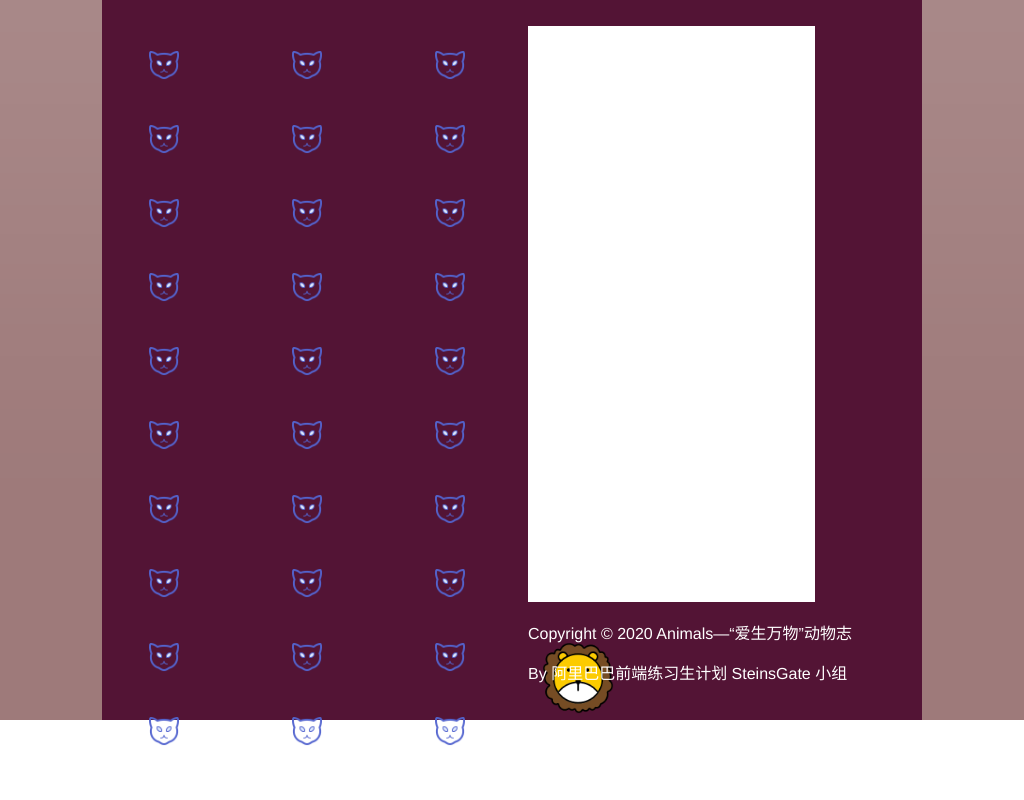
Repository: Whiskeyi/Animals
Page: /
The author's editor kept a copy of each file at every save. The page is drawn from the files as they stood at one save, then again after the next save.
The browser window is 1024 px wide. The pictures show the whole page.
The project was rebuilt for these pictures with package versions that can differ from the ones it lists, and the page was loaded fresh each time.

Above is the page before, as saved 2021-11-15 22:42:40.

### public/index.html
<!DOCTYPE html>
<html lang="en">
  <head>
    <meta charset="utf-8">
    <meta http-equiv="X-UA-Compatible" content="IE=edge">
    <meta name="viewport" content="width=device-width,initial-scale=1.0">
    <link rel="icon" href="<%= BASE_URL %>favicon.ico">
    <title>Animals</title>
  </head>
  <body>
    <noscript>
      <strong>We're sorry but animals doesn't work properly without JavaScript enabled. Please enable it to continue.</strong>
    </noscript>
    <div id="app"></div>
    <!-- built files will be auto injected -->
  </body>
</html>

### src/main.js
import Vue from 'vue'
import App from './App.vue'
import router from './router'
import store from './store'
import './plugins/element.js' // 引入element-ui

Vue.config.productionTip = false

new Vue({
  router,
  store,
  render: h => h(App)
}).$mount('#app')

### src/App.vue
<template>
  <div id="app">
    <!-- 入口 -->
    <router-view/>
  </div>
</template>

<style lang="scss">
#app {
  font-family: 'Avenir', Helvetica, Arial, sans-serif;
  -webkit-font-smoothing: antialiased;
  -moz-osx-font-smoothing: grayscale;
}

html, body {  // 去除白边
    width: 100%;
    height: 100%;
    margin: 0;
    padding: 0;
    position: relative;
}
</style>

### src/router.js
// 路由
import Vue from 'vue'
import Router from 'vue-router'
import Home from './views/Home.vue'

Vue.use(Router)

export default new Router({
  mode: 'history',
  base: process.env.BASE_URL,
  routes: [
    {
      path: '/',
      name: 'home',
      component: Home
    }
  ]
})

### src/plugins/element.js
// 引入element-ui
import Vue from 'vue'

import ElementUI from 'element-ui';
import 'element-ui/lib/theme-chalk/index.css';

Vue.use(ElementUI);

### src/views/Home.vue
<template>
  <div id="home">
    <!-- 背景+光泽效果 -->
    <div class="bg">
      <Gloss></Gloss>
    </div>
    <!-- 页面容器 -->
    <div class="container">
      <!-- 左侧展示模块 -->
      <div id="leftContainer">
        <LeftMain></LeftMain>
      </div>
      <!-- 右侧展示模块 -->
      <div id="rightContainer">
        <!-- 输出信息 -->
          <Info></Info>
          <!-- 右侧标题 -->
          <RightHead></RightHead>
          <!-- 尾部 -->
          <Footer></Footer>
      </div>
    </div>
  </div>
</template>

<script>
// @ is an alias to /src
// 组件引入
import Gloss from '@/components/Gloss'
import Footer from '@/components/Footer'
import Info from '@/components/Info'
import RightHead from '@/components/right-head'
import LeftMain from '@/components/left-main'

export default {
  name: 'home',
  components: {
    Gloss,Footer,Info,RightHead,LeftMain
  }
}
</script>

<style lang="scss" scoped>
.home {
  // 浏览器滚动条隐藏
}
.bg {
  height: 100%;
  width: 100%;
  background-color:rgb(158, 122, 122);
  position: fixed;
  transition: background-color 2s ease-in; // 背景颜色2S过渡
  filter: blur(0.5px); // 背景高斯模糊
  // z-index: -9; //暂时注释,影响调试
}
#leftContainer {
  position: absolute;
  left: 10%;
  width: 40%;
  height: 100%;
  margin: 0 auto;
  background-color: #531435;
}
#rightContainer {
  position: fixed;
  right: 10%;
  width: 40%;
  height: 100%;
  margin: 0 auto;
  background-color: #531435;
}
</style>

### src/components/Gloss/index.vue
<template>
<!-- 实现光泽效果,丰富背景颜色 -->
<div id="gloss"></div>
</template>

<script>
export default {

}
</script>

<style lang="scss" scoped>
#gloss {
    position: fixed;
    width: 100%;
    height: 478px;
    background: url('../../assets/gloss.png') repeat-x;
    // z-index: -8;  //暂时注释,影响调试
}
</style>

### src/components/Footer/index.vue
<template>
  <div class="footerContainer">
      <p>Copyright © 2020 Animals—“爱生万物”动物志</p>
      <p>By 阿里巴巴前端练习生计划 SteinsGate 小组</p>
  </div>
</template>

<script>
export default {

}
</script>

<style lang="scss" scoped>
.footerContainer {
    position: fixed;
    bottom: 0;
    font-size: 1rem;
    color:#fff;
    margin:0 0 20px 16px;
}
</style>

### src/components/Info/index.vue
<template>
  <div class="infoContainer">
  </div>
</template>

<script>
export default {

}
</script>

<style lang="scss" scoped>
.infoContainer {
    float: left;
    z-index: 10000;
    width: 70%;
    height: 80%;
    margin: 26px 0 0 16px;
    background-color: #fff;
}
.infoContainer logo {
    position: absolute;
}
</style>

### src/components/right-head/index.vue
<template>
  <div class="rightHeadContainer">
      <el-image class="logo" alt="logo" :src="require('@/icons/index.png')"></el-image>
      <h1 class="vertical">Animals——爱生万物</h1>
  </div>
</template>

<script>
export default {

}
</script>

<style lang="scss" scoped>
.rightHeadContainer {
    float: left;
    height: 400px;
    width: 100px;
    margin: 26px 0 0 16px;
}
.vertical {
    writing-mode: vertical-lr;
    padding-left: 5px;
    color: #fff;
}
</style>

### src/components/left-main/index.vue
<template>
  <div class="leftContainer">
    <el-row :gutter="20" type="flex" justify="center">
      <el-col :span="8">
        <el-image class="logo" alt="logo" :src="require('@/icons//animals/cat.png')"></el-image>
      </el-col>
      <el-col :span="8">
        <el-image class="logo" alt="logo" :src="require('@/icons//animals/cat.png')"></el-image>
      </el-col>
      <el-col :span="8">
        <el-image class="logo" alt="logo" :src="require('@/icons//animals/cat.png')"></el-image>
      </el-col>
    </el-row>
    <el-row :gutter="20" type="flex" justify="center">
      <el-col :span="8">
        <el-image class="logo" alt="logo" :src="require('@/icons//animals/cat.png')"></el-image>
      </el-col>
      <el-col :span="8">
        <el-image class="logo" alt="logo" :src="require('@/icons//animals/cat.png')"></el-image>
      </el-col>
      <el-col :span="8">
        <el-image class="logo" alt="logo" :src="require('@/icons//animals/cat.png')"></el-image>
      </el-col>
    </el-row>
    <el-row :gutter="20" type="flex" justify="center">
      <el-col :span="8">
        <el-image class="logo" alt="logo" :src="require('@/icons//animals/cat.png')"></el-image>
      </el-col>
      <el-col :span="8">
        <el-image class="logo" alt="logo" :src="require('@/icons//animals/cat.png')"></el-image>
      </el-col>
      <el-col :span="8">
        <el-image class="logo" alt="logo" :src="require('@/icons//animals/cat.png')"></el-image>
      </el-col>
    </el-row>
    <el-row :gutter="20" type="flex" justify="center">
      <el-col :span="8">
        <el-image class="logo" alt="logo" :src="require('@/icons//animals/cat.png')"></el-image>
      </el-col>
      <el-col :span="8">
        <el-image class="logo" alt="logo" :src="require('@/icons//animals/cat.png')"></el-image>
      </el-col>
      <el-col :span="8">
        <el-image class="logo" alt="logo" :src="require('@/icons//animals/cat.png')"></el-image>
      </el-col>
    </el-row>
    <el-row :gutter="20" type="flex" justify="center">
      <el-col :span="8">
        <el-image class="logo" alt="logo" :src="require('@/icons//animals/cat.png')"></el-image>
      </el-col>
      <el-col :span="8">
        <el-image class="logo" alt="logo" :src="require('@/icons//animals/cat.png')"></el-image>
      </el-col>
      <el-col :span="8">
        <el-image class="logo" alt="logo" :src="require('@/icons//animals/cat.png')"></el-image>
      </el-col>
    </el-row>
    <el-row :gutter="20" type="flex" justify="center">
      <el-col :span="8">
        <el-image class="logo" alt="logo" :src="require('@/icons//animals/cat.png')"></el-image>
      </el-col>
      <el-col :span="8">
        <el-image class="logo" alt="logo" :src="require('@/icons//animals/cat.png')"></el-image>
      </el-col>
      <el-col :span="8">
        <el-image class="logo" alt="logo" :src="require('@/icons//animals/cat.png')"></el-image>
      </el-col>
    </el-row>
    <el-row :gutter="20" type="flex" justify="center">
      <el-col :span="8">
        <el-image class="logo" alt="logo" :src="require('@/icons//animals/cat.png')"></el-image>
      </el-col>
      <el-col :span="8">
        <el-image class="logo" alt="logo" :src="require('@/icons//animals/cat.png')"></el-image>
      </el-col>
      <el-col :span="8">
        <el-image class="logo" alt="logo" :src="require('@/icons//animals/cat.png')"></el-image>
      </el-col>
    </el-row>
    <el-row :gutter="20" type="flex" justify="center">
      <el-col :span="8">
        <el-image class="logo" alt="logo" :src="require('@/icons//animals/cat.png')"></el-image>
      </el-col>
      <el-col :span="8">
        <el-image class="logo" alt="logo" :src="require('@/icons//animals/cat.png')"></el-image>
      </el-col>
      <el-col :span="8">
        <el-image class="logo" alt="logo" :src="require('@/icons//animals/cat.png')"></el-image>
      </el-col>
    </el-row>
    <el-row :gutter="20" type="flex" justify="center">
      <el-col :span="8">
        <el-image class="logo" alt="logo" :src="require('@/icons//animals/cat.png')"></el-image>
      </el-col>
      <el-col :span="8">
        <el-image class="logo" alt="logo" :src="require('@/icons//animals/cat.png')"></el-image>
      </el-col>
      <el-col :span="8">
        <el-image class="logo" alt="logo" :src="require('@/icons//animals/cat.png')"></el-image>
      </el-col>
    </el-row>
    <el-row :gutter="20" type="flex" justify="center">
      <el-col :span="8">
        <el-image class="logo" alt="logo" :src="require('@/icons//animals/cat.png')"></el-image>
      </el-col>
      <el-col :span="8">
        <el-image class="logo" alt="logo" :src="require('@/icons//animals/cat.png')"></el-image>
      </el-col>
      <el-col :span="8">
        <el-image class="logo" alt="logo" :src="require('@/icons//animals/cat.png')"></el-image>
      </el-col>
    </el-row>
  </div>
</template>

<script>
export default {

}
</script>

<style lang="scss" scoped>
.leftContainer {
  padding: 30px 0;
  width: 100%;
  text-align: center;
}
.leftContainer .logo {
  width: 100px;
  height: 100px;
  padding: 20px 0;
}
 @media screen and (max-width: 1024px) { // 屏幕小于768px样式
 .leftContainer .logo {
   height: 30px;
   width: 30px;
 }
 }
</style>

Loaded but not shown: src/store.js (common file)

After the next save:
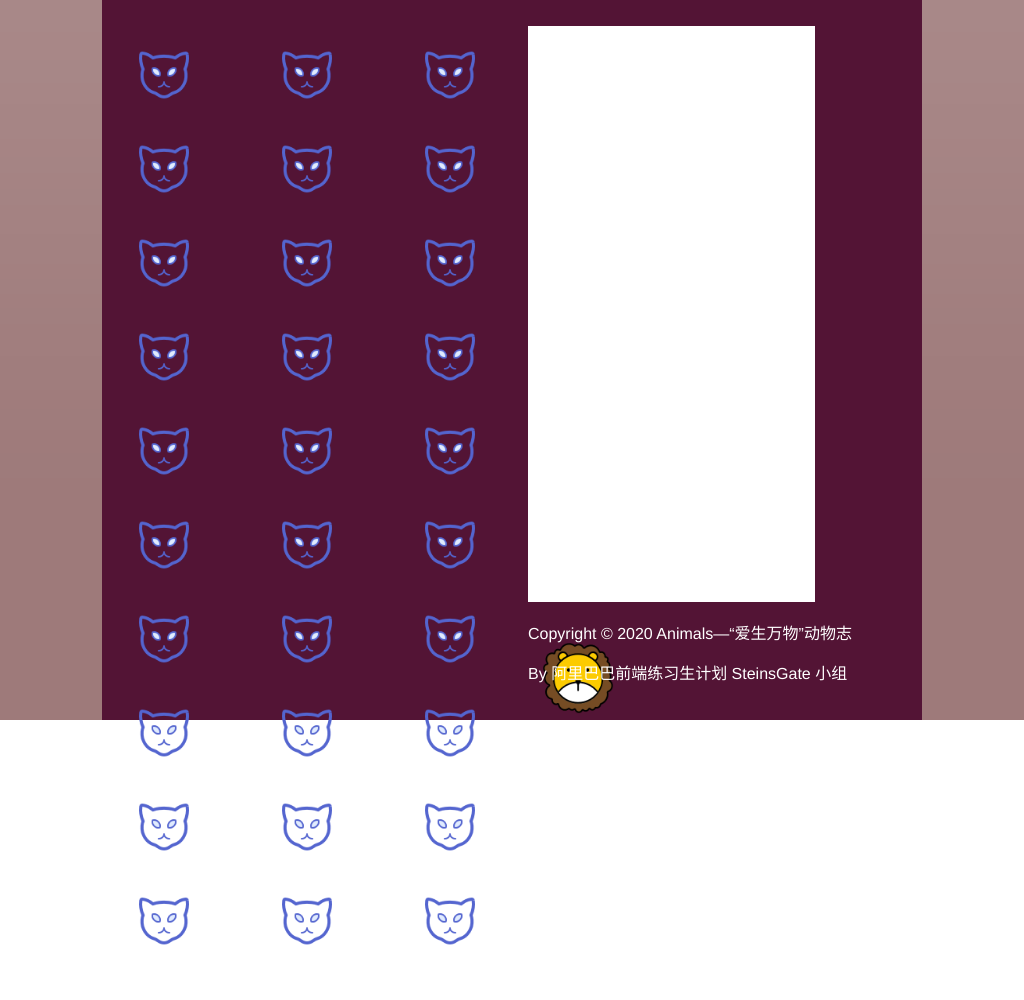
Saved 4 s later.
--- a/src/components/left-main/index.vue
+++ b/src/components/left-main/index.vue
@@ -132,8 +132,8 @@ export default {
 }
  @media screen and (max-width: 1024px) { // 屏幕小于768px样式
  .leftContainer .logo {
-   height: 30px;
-   width: 30px;
+   height: 50px;
+   width: 50px;
  }
  }
 </style>
